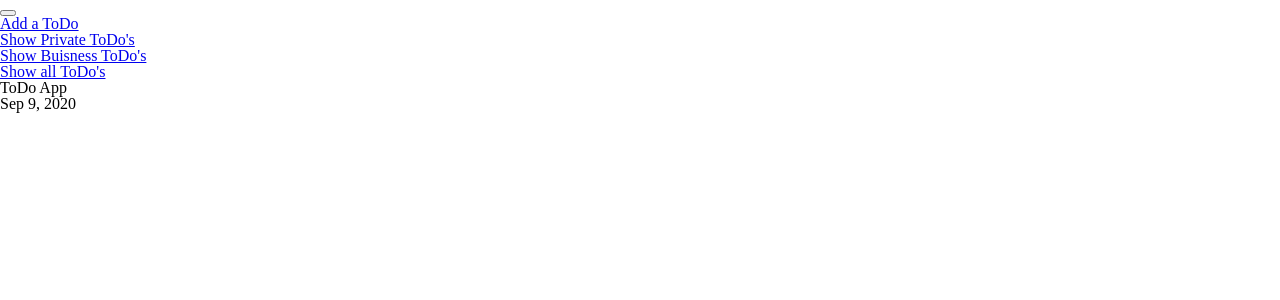
Repository: Gibon9/ToDo
Page: index.html
An editor plug-in stored every save of this project. The page is shown before and after the next save, followed by the edit.
The browser window is 1280 px wide. The pictures show the whole page.

Above is the page before, as saved 2020-12-02 16:14:49.

After the next save:
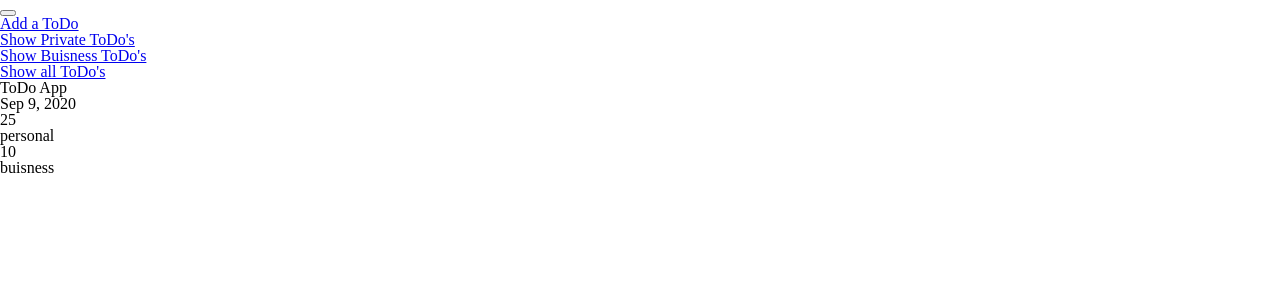
Saved 3 min 40 s later.
--- a/index.html
+++ b/index.html
@@ -35,6 +35,12 @@
         <h1 class="header__title">ToDo App</h1>
         <p class="main__text">Sep 9, 2020</p>
       </section>
+      <section class="header__content">
+        <h2 class="header__todo-number">25</h2>
+        <p class="main__text">personal</p>
+        <h2 class="header__todo-number">10</h2>
+        <p class="main__text">buisness</p>
+      </section>
     </header>
     <main class="main-content"></main>
     <script src="./index.js"></script>
